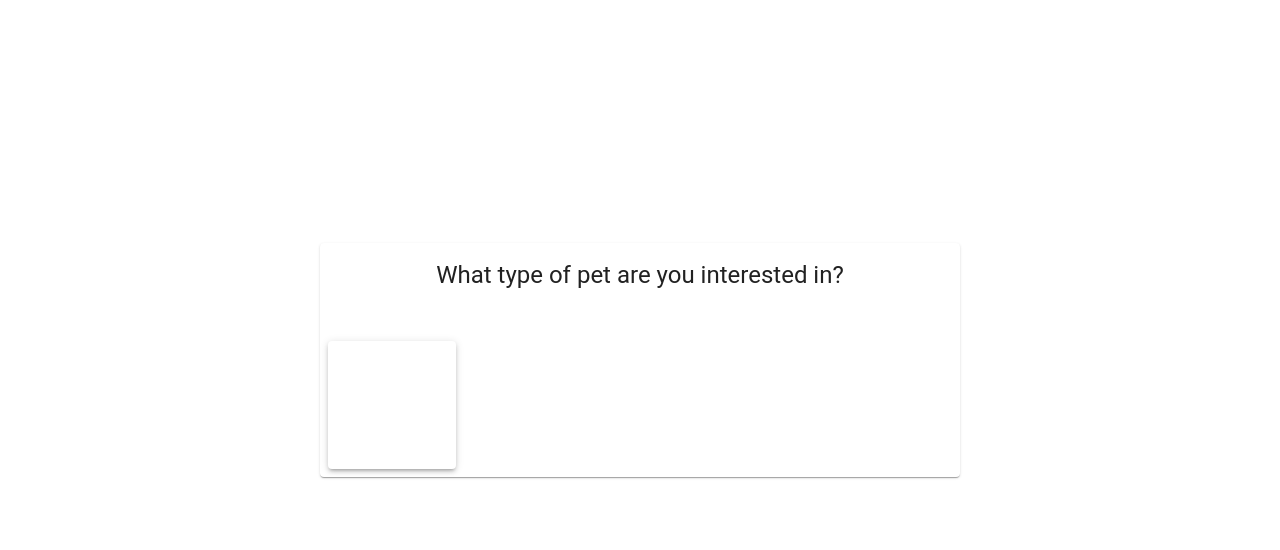
Repository: watthananick1/petstory
Page: /
An editor plug-in stored every save of this project. The page is shown before and after the next save, followed by the edit.
The browser window is 1280 px wide. The pictures show the whole page.
The project was rebuilt for these pictures with package versions that can differ from the ones it lists, and the page was loaded fresh each time.

Above is the page before, as saved 2023-03-25 14:22:45.

### src/index.tsx
import React from 'react';
import ReactDOM from 'react-dom/client';
import './index.css';
import App from './App';
import reportWebVitals from './reportWebVitals';
import { BrowserRouter } from 'react-router-dom';

const root = ReactDOM.createRoot(document.getElementById('root') as HTMLElement);
root.render(
    <React.StrictMode>
        <BrowserRouter>
            <App />
        </BrowserRouter>
    </React.StrictMode>
);

// If you want to start measuring performance in your app, pass a function
// to log results (for example: reportWebVitals(console.log))
// or send to an analytics endpoint. Learn more: https://bit.ly/CRA-vitals
reportWebVitals();

### src/App.tsx
import logo from './assets/logo.svg';
import styles from './App.module.scss';
import { Menu } from './components/menu/menu';
import { Container } from './components/container/container';
import { Navbar } from './components/navbar/navbar';
import { Posts } from './components/posts/posts';
import Login from './components/login/login';
import SignUp from './components/sign-up/sign-up';
import CardTypePet from './components/card-type-pet/card-type-pet';
import { Route, Routes } from 'react-router';

function App() {
    return (
        // <div className={styles.App}>
        //     <Navbar />
        //     <Menu />
        //     <Container />
        //     <Posts />
        // </div>
        <div>
            <Routes>
                {/* <Route id="login" path="/" element={<Login />} />
                <Route id="signUp" path="/signUp" element={<SignUp />} /> */}
                {/* <Route path="/home" element={<Home />} /> */}
                <Route path="/" element={<CardTypePet />} />
            </Routes>
        </div>
    );
}

export default App;

### src/components/card-type-pet/card-type-pet.tsx
import * as React from 'react';
import { styled } from '@mui/material/styles';
import Box from '@mui/material/Box';
import ButtonBase from '@mui/material/ButtonBase';
import Typography from '@mui/material/Typography';
import { Card, CardContent, Paper } from '@mui/material';

const images = [
    {
        url: 'https://firebasestorage.googleapis.com/v0/b/pet-story-f51e3.appspot.com/o/mainData%2FimgTypePet%2Fcat.jpg?alt=media&token=758765ef-8887-4d21-88d9-0f803717e977',
        title: 'Cat',
        width: '30%',
    },
    {
        url: '/static/images/buttons/burgers.jpg',
        title: 'Burgers',
        width: '30%',
    },
    {
        url: '/static/images/buttons/camera.jpg',
        title: 'Camera',
        width: '30%',
    },
];

const ImageButton = styled(ButtonBase)(({ theme }) => ({
    position: 'relative',
    height: 200,
    [theme.breakpoints.down('sm')]: {
        width: '100% !important', // Overrides inline-style
        height: '5%',
    },
    '&:hover, &.Mui-focusVisible': {
        zIndex: 1,
        '& .MuiImageBackdrop-root': {
            opacity: 0.15,
        },
        '& .MuiImageMarked-root': {
            opacity: 0,
        },
        '& .MuiTypography-root': {
            border: '4px solid currentColor',
        },
    },
}));

const ImageSrc = styled('span')({
    position: 'absolute',
    left: 0,
    right: 0,
    top: 0,
    bottom: 0,
    backgroundSize: 'cover',
    backgroundPosition: 'center 40%',
});

const Image = styled('span')(({ theme }) => ({
    position: 'absolute',
    left: 0,
    right: 0,
    top: 0,
    bottom: 0,
    display: 'flex',
    alignItems: 'center',
    justifyContent: 'center',
    color: theme.palette.common.white,
}));

const ImageBackdrop = styled('span')(({ theme }) => ({
    position: 'absolute',
    left: 0,
    right: 0,
    top: 0,
    bottom: 0,
    backgroundColor: theme.palette.common.black,
    opacity: 0.4,
    transition: theme.transitions.create('opacity'),
}));

// const ImageMarked = styled('span')(({ theme }) => ({
//     height: 3,
//     width: 18,
//     backgroundColor: theme.palette.common.white,
//     position: 'absolute',
//     bottom: -2,
//     left: 'calc(50% - 9px)',
//     transition: theme.transitions.create('opacity'),
// }));

export default function CardTypePet() {
    return (
        <div style={{ display: 'flex', alignItems: 'center', height: '100vh'}}>
            <Card sx={{ minWidth: '50%', margin: '0 auto' }}>
                <CardContent>
                    <Typography gutterBottom variant="h5" style={{alignItems: 'center', textAlign: 'center', height: 50}} component="div">
                      What type of pet are you interested in?
                    </Typography >
                </CardContent>
                <Box
                  sx={{
                    display: 'flex',
                    flexWrap: 'wrap',
                    '& > :not(style)': {
                      m: 1,
                      width: 128,
                      height: 128,
                    },
                  }}
                >
                  <Paper elevation={3} />
                </Box>
                {/* <Box sx={{ display: 'flex',maxWidth: '100%', width: '100%' }}>
                    {images.map((image) => (
                        <ImageButton
                            focusRipple
                            key={image.title}
                            style={{
                                width: 'auto',
                            }}
                            onClick={() => console.log(`Clicked on ${image.title}`)}
                        >
                            <ImageSrc style={{ backgroundImage: `url(${image.url})` }} />
                            <ImageBackdrop className="MuiImageBackdrop-root" />
                            <Image>
                                <Typography
                                    component="span"
                                    variant="subtitle1"
                                    color="inherit"
                                    sx={{
                                        position: 'relative',
                                        p: 4,
                                        pt: 2,
                                        pb: (theme) => `calc(${theme.spacing(1)} + 2px)`,
                                    }}
                                >
                                    {image.title}
                                </Typography>
                            </Image>
                        </ImageButton>
                    ))}
                </Box> */}
            </Card>
        </div>
    );
}

Loaded but not shown: public/index.html (common file); src/index.css (common file); src/reportWebVitals.ts (common file)

After the next save:
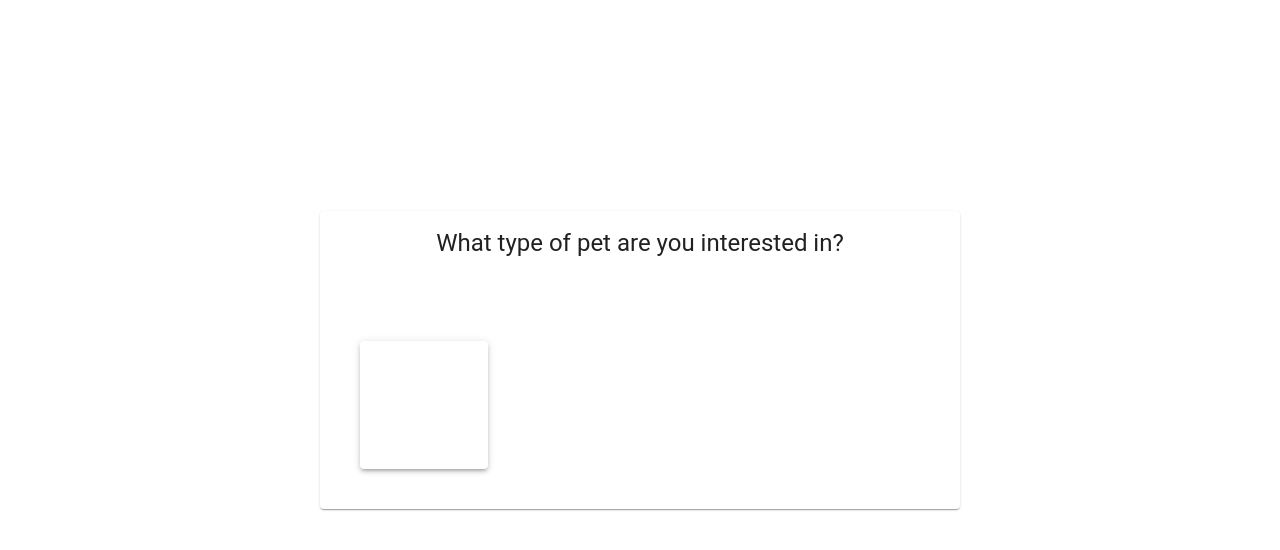
Saved 46 s later.
--- a/src/components/card-type-pet/card-type-pet.tsx
+++ b/src/components/card-type-pet/card-type-pet.tsx
@@ -101,7 +101,7 @@ export default function CardTypePet() {
                     display: 'flex',
                     flexWrap: 'wrap',
                     '& > :not(style)': {
-                      m: 1,
+                      m: 5,
                       width: 128,
                       height: 128,
                     },
